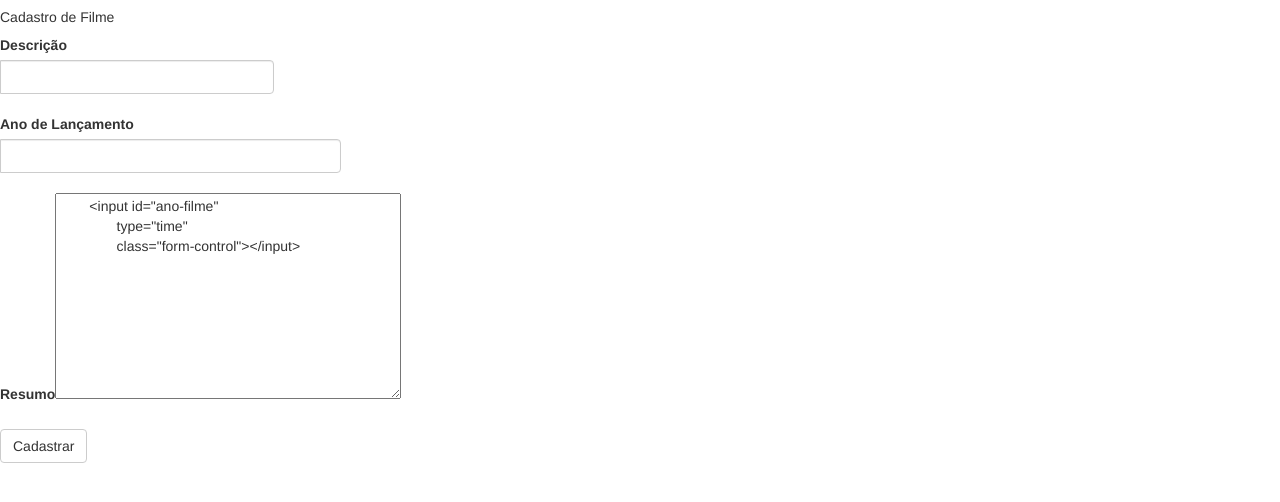
Repository: cadupedrassani/CursoDeJava
Page: Avaliação/BaseAPI/WebApp/src/main/webapp/filme/cadastro.html
An editor plug-in stored every save of this project. The page is shown before and after the next save, followed by the edit.
The browser window is 1280 px wide. The pictures show the whole page.

Above is the page before, as saved 2016-12-06 15:57:03.

### Avaliação/BaseAPI/WebApp/src/main/webapp/filme/cadastro.html
<!DOCTYPE html>
<html>
<head>
<meta charset="ISO-8859-1">
<title>Insert title here</title>
<link rel="stylesheet" href="/WebApp/resources/css/bootstrap.min.css">
</head>
<body>
<div>
	<h5>Cadastro de Filme</h5>
</div>
<div class="input-group">
	<label>Descrição</label>
	<input id="descricao-filme"
	       type="text"
	       class="form-control"></input>
</div>
</br>

<div class="input-group">
	<label>Ano de Lançamento</label>
	<input id="ano-filme"
	       type="text"
	       class="form-control"></input>
</div>
</br>

<div class="input-group">
	<label>Resumo</label>
	<textarea rows="10" cols="40">
	<input id="ano-filme"
	       type="time"
	       class="form-control"></input>
	  </textarea>
</div>
</br>

<div class="input-group">
	<button id="cadastrar"
	        type="button"
	        class="btn btn-default gold"
	        onclick="cadastrarEndereco();">Cadastrar</button>
</div>

<div id="modal-mensagens" class="modal fade" tabindex="-1" role="dialog">
	<div class="modal-dialog" role="document">
		<div class="modal-content">
			<div class="modal-header">
				<h5 id="modal-title" class="modal-title"></h5>
			</div>
			<div class="modal-body">
				<label id="modal-mensagem"></label>
			</div>
			<div class="modal-footer">
				<button type="button"
						class="btn btn-default gold"
						data-dismiss="modal">OK</button>
			</div>
		</div>
	</div>
</div>

<script src="/WebApp/resources/js/jquery.min.js"></script>
<script src="/WebApp/resources/js/bootstrap.min.js"></script>
<script src="/WebApp/resources/js/default.js"></script>
<script src="/WebApp/resources/js/filme.js"></script>

</body>
</html>

### Avaliação/BaseAPI/WebApp/src/main/webapp/resources/js/default.js

function abrirTelaCadastroCategoria(){
	var url = "/WebApp/categoria/cadastro.html";
	$.get(url, '', function(data){
		$('#conteudo-principal').html(data);
	})
}

function abrirTelaPesquisaCategoria(){
	var url = "/WebApp/categoria/pesquisa.html";
	$.get(url, '', function(data){
		$('#conteudo-principal').html(data)
	})
}


function abrirTelaCadastroEndereco(){
	var url = "/WebApp/endereco/cadastro.html";
	$.get(url, '', function(data){
		$('#conteudo-principal').html(data);
	})
}

function abrirTelaCadastroFilme(){
	var url = "/WebApp/filme/cadastro.html";
	$.get(url, '', function(data){
		$('#conteudo-principal').html(data);
	})
}

### Avaliação/BaseAPI/WebApp/src/main/webapp/resources/js/filme.js
function cadastrarFilme(){

	var ano = $("#ano-filme").val();
	var classificacao = $("#classificacao-filme").val();
	var descricao = $("#descricao-filme").val();
	var duracao = $("#duracao-filme").val;
	var resumo = $("#resumo-filme").val();

	var filmeDTO = new Object();
	var operacao = "/ControleAPI/endereco/cadastrarFilme"

	filmeDTO.ano = ano;
	filmeDTO.classificacao = classificacao;
	filmeDTO.descricao = descricao;
	filmeDTO.duracao = duracao;
	filmeDTO.resumo = resumo;

	$.ajax({
		method: "POST",
		url: operacao,
		data: JSON.stringify(filmeDTO),
		contentType: "application/json"
	}).done(function (data){
		var mensagem = "";
		var titulo = "";
		if(data.mensagem != undefined && data.mensagem != null && data.mensagem != ''){
			titulo = "Atenção";
			mensagem = data.mensagem;
		}else{
			titulo = 'Sucesso';
			mensagem = "Filme cadastrado com sucesso.";
		}
		mostrarModal(titulo, mensagem)
	});
}

Loaded but not shown: Avaliação/BaseAPI/WebApp/src/main/webapp/resources/css/bootstrap.min.css (library); Avaliação/BaseAPI/WebApp/src/main/webapp/resources/js/jquery.min.js (library); Avaliação/BaseAPI/WebApp/src/main/webapp/resources/js/bootstrap.min.js (library)

After the next save:
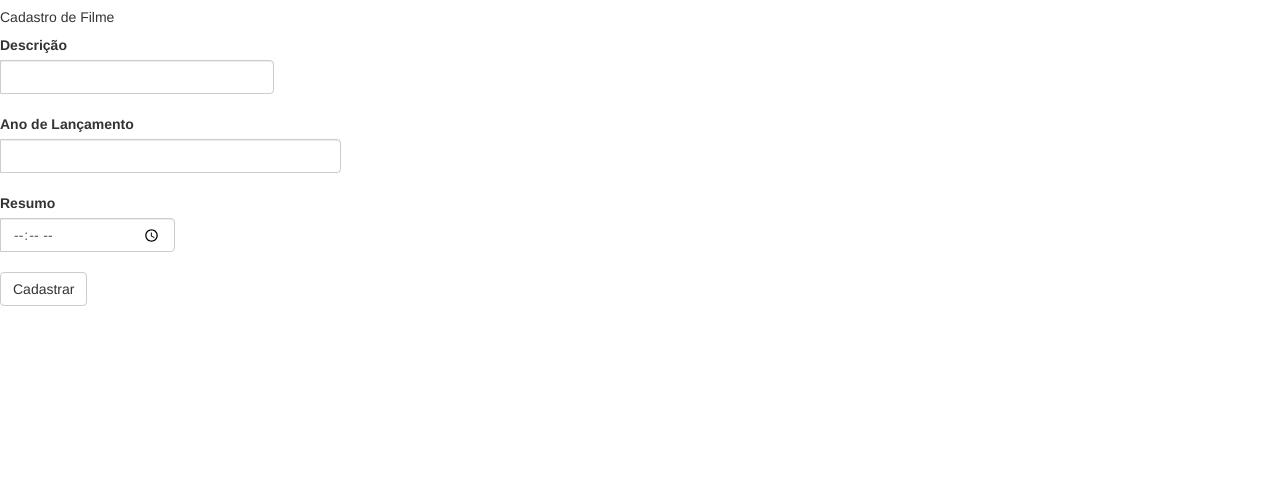
Saved 19 s later.
--- a/Avaliação/BaseAPI/WebApp/src/main/webapp/filme/cadastro.html
+++ b/Avaliação/BaseAPI/WebApp/src/main/webapp/filme/cadastro.html
@@ -27,11 +27,9 @@
 
 <div class="input-group">
 	<label>Resumo</label>
-	<textarea rows="10" cols="40">
 	<input id="ano-filme"
 	       type="time"
 	       class="form-control"></input>
-	  </textarea>
 </div>
 </br>
 
